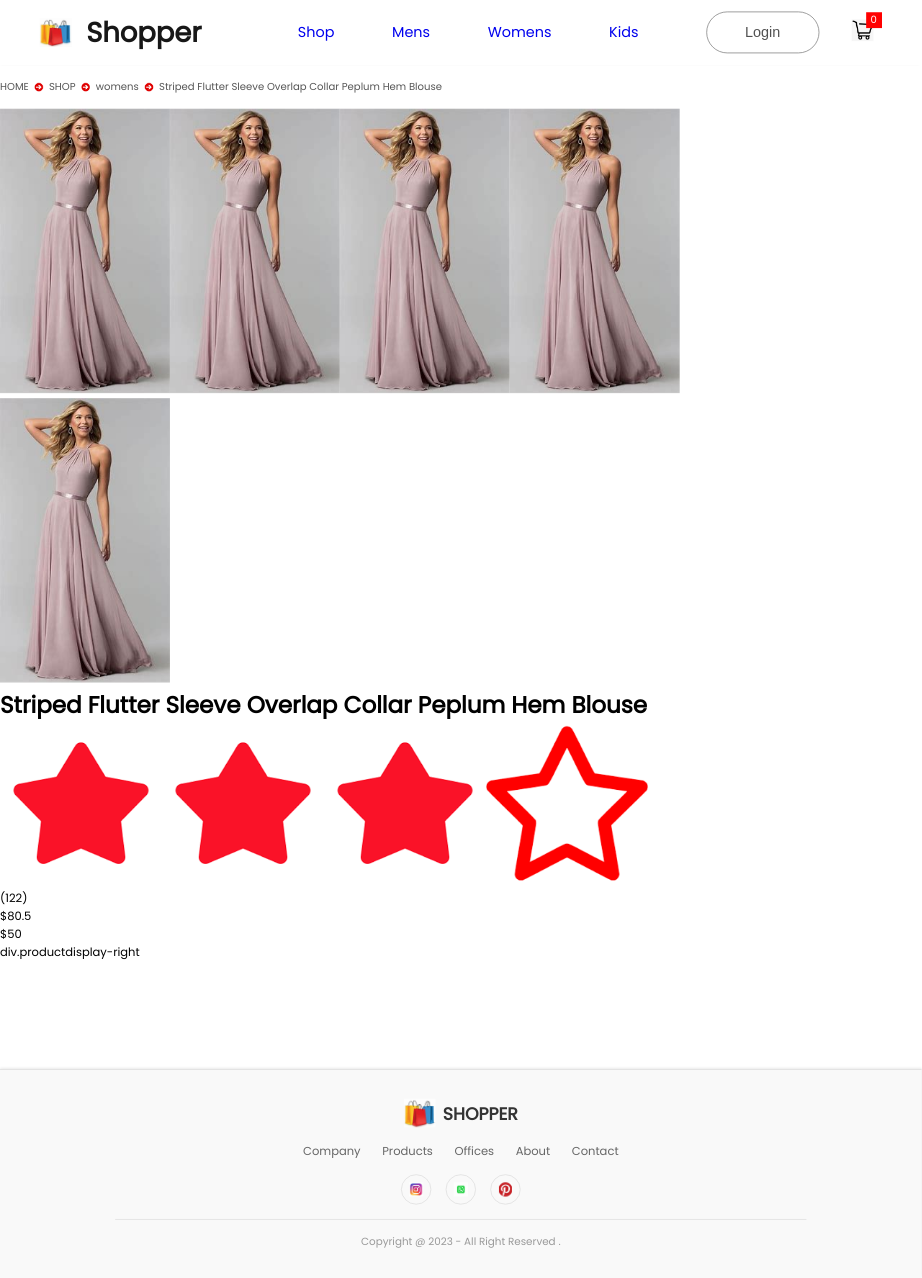
Repository: sshaiv/Shoppie_EcommerceAPP
Page: /product/1
An editor plug-in stored every save of this project. The page is shown before and after the next save, followed by the edit.
The browser window is 1280 px wide. The pictures show the whole page, at 72% of full size.
The project was rebuilt for these pictures with package versions that can differ from the ones it lists, and the page was loaded fresh each time. Also part of the build but not shown: src/App.css, src/Components/Pages/CSS/ShopCategory.css, src/Components/Item/Item.css, src/Components/Item/Item.jsx, src/Components/Pages/ShopCategory.jsx, src/Components/ProductDisplay/ProductDisplay.css, src/Components/Pages/Cart.jsx, src/Components/Pages/CSS/LoginSignup.css and 14 more.

Above is the page before, as saved 2024-07-16 21:52:01.

After the next save:
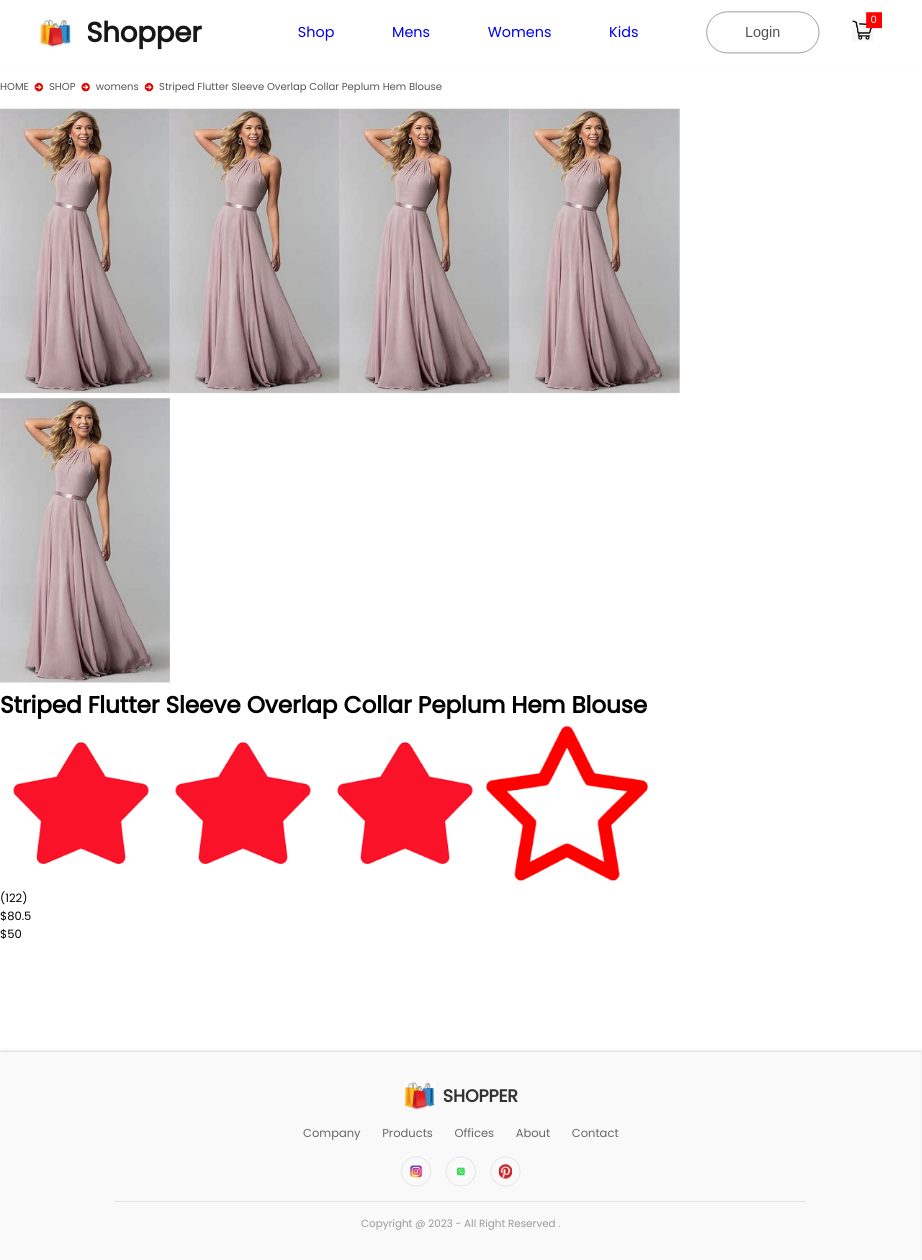
Saved 5 s later.
--- a/src/Components/ProductDisplay/ProductDisplay.jsx
+++ b/src/Components/ProductDisplay/ProductDisplay.jsx
@@ -36,7 +36,9 @@ const ProductDisplay = (props) => {
             </div>
 
         </div>
-        div.productdisplay-right
+        <div className="productdisplay-right-description">
+
+        </div>
       </div>
     </div>
   );
